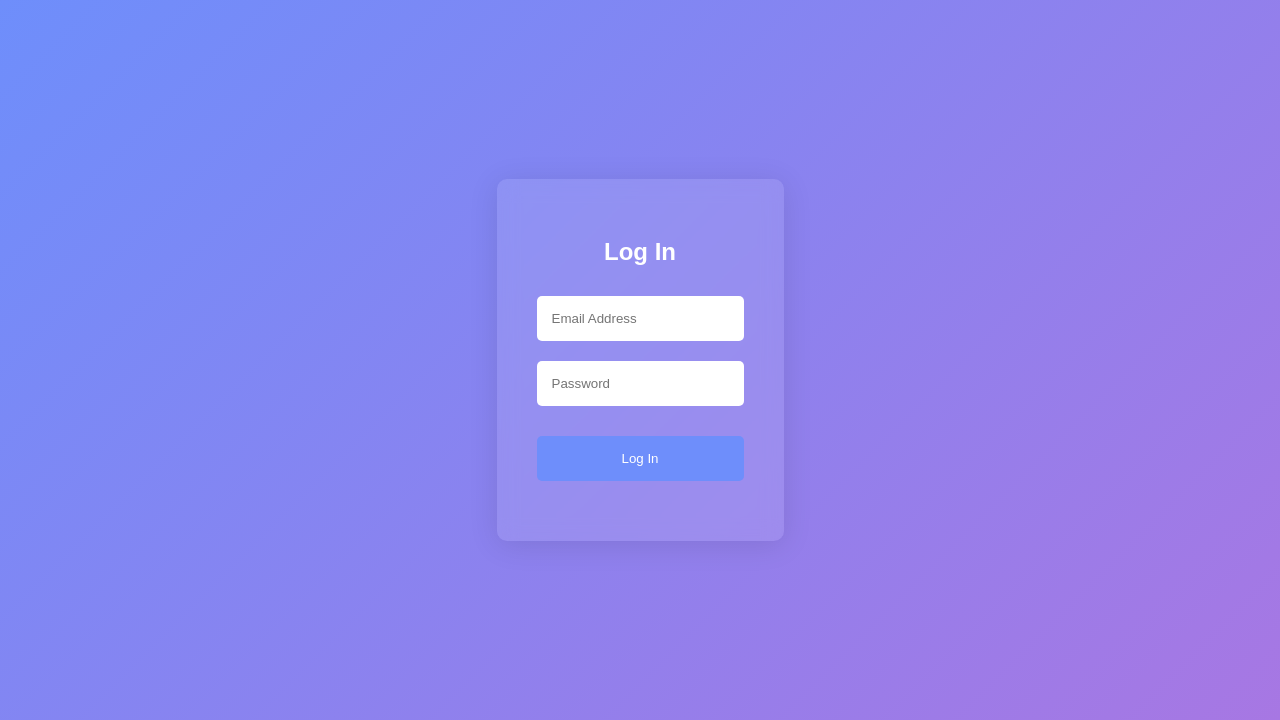
Repository: KabilanCoding/project-nexus
Page: /
These files come from the project's save history. The page is drawn as it stood at one moment and after the next save; the edit follows.
The browser window is 1280 px wide. The pictures show the whole page.
The project was rebuilt for these pictures with package versions that can differ from the ones it lists, and the page was loaded fresh each time. Also part of the build but not shown: src/components/Signup.js.

Above is the page before, as saved 2024-08-18 13:25:49.

After the next save:
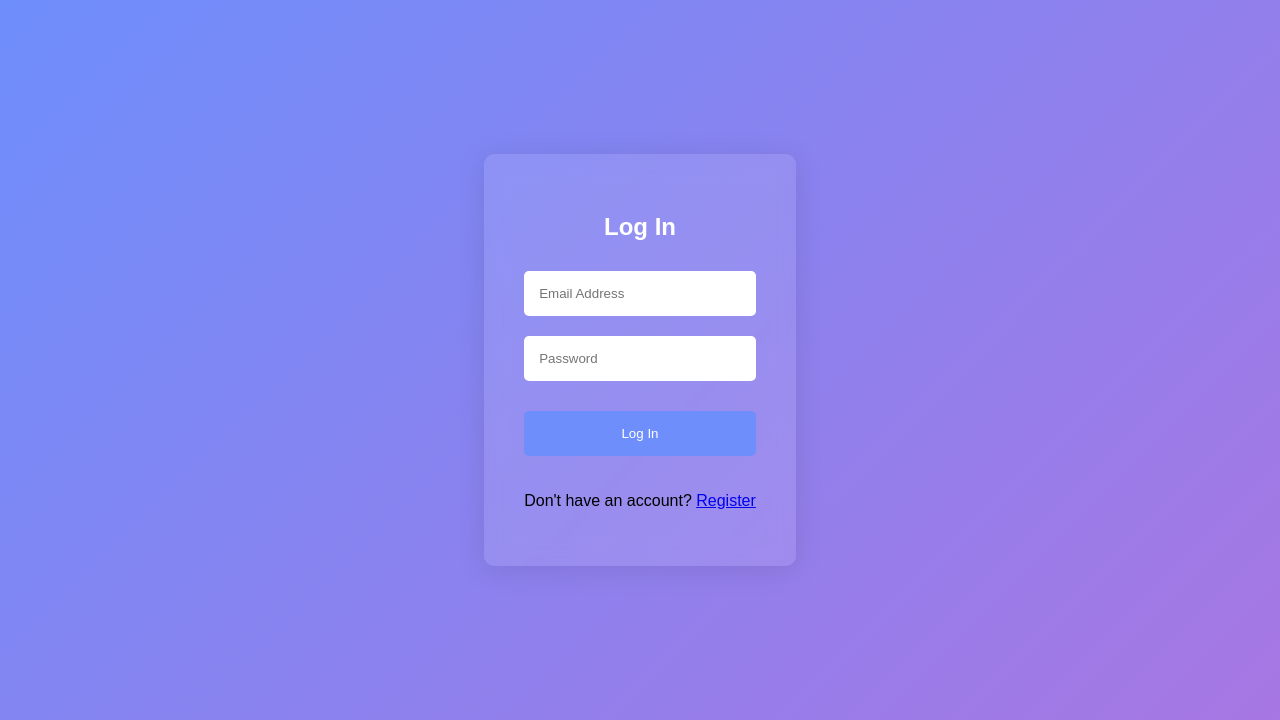
Saved 11 min 50 s later.
--- a/src/components/Login.js
+++ b/src/components/Login.js
@@ -1,4 +1,5 @@
 import React from 'react';
+import { Link } from 'react-router-dom';
 import './Auth.css';
 
 function Login() {
@@ -9,6 +10,7 @@ function Login() {
         <input type="email" placeholder="Email Address" required />
         <input type="password" placeholder="Password" required />
         <button type="submit">Log In</button>
+        <p>Don't have an account? <Link to="/signup">Register</Link></p>
       </form>
     </div>
   );
